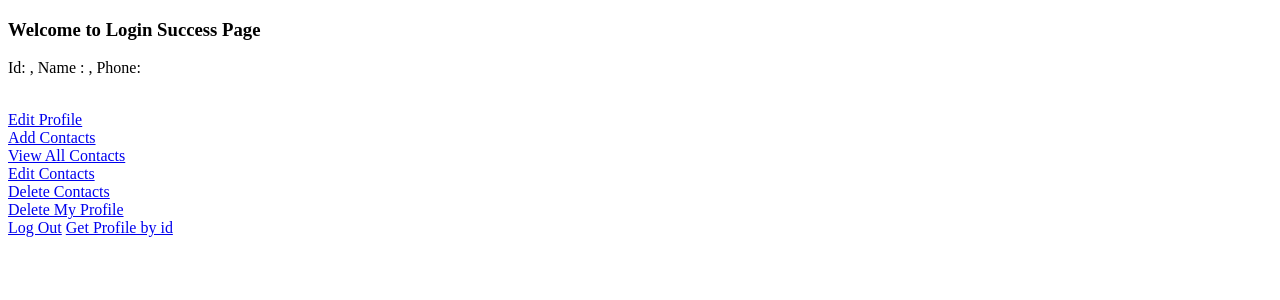
Repository: abkc727/handson-assignments
Page: http://localhost/contact-app/loginsuccess.jsp
These files come from the project's save history. The page is drawn as it stood at one moment and after the next save; the edit follows.
The browser window is 1280 px wide. The pictures show the whole page.
The page is served by Tomcat 9. The template is opened directly, without the code that normally fills it, so the values that code supplies are empty.

Above is the page before, as saved 2020-10-01 11:58:40.

After the next save:
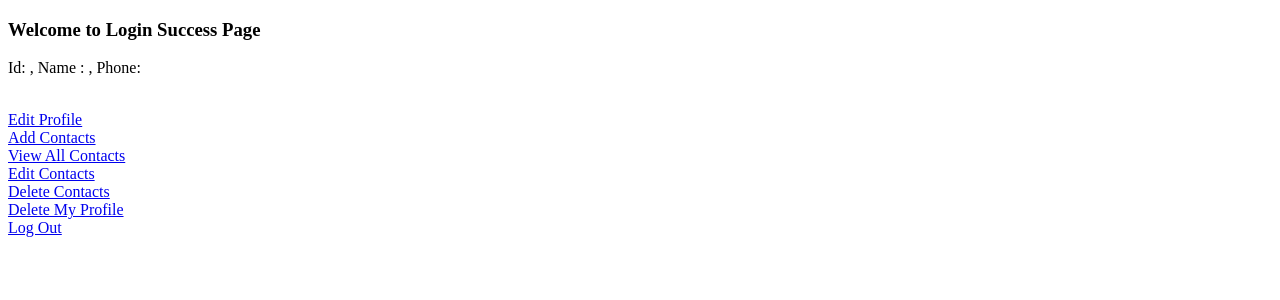
Saved 2 min 7 s later.
--- a/Day 13 - CONTACT-APP/contact-app/WebContent/loginsuccess.jsp
+++ b/Day 13 - CONTACT-APP/contact-app/WebContent/loginsuccess.jsp
@@ -17,6 +17,6 @@
 	<a href = "deletecontacts.jsp">Delete Contacts</a><br />
 	<a href = "deleteprofile.jsp">Delete My Profile</a><br />
 	<a href = "LogoutServlet">Log Out</a>
-	<a href = "getprofilebyid.jsp">Get Profile by id</a>
+
 </body>
 </html>
